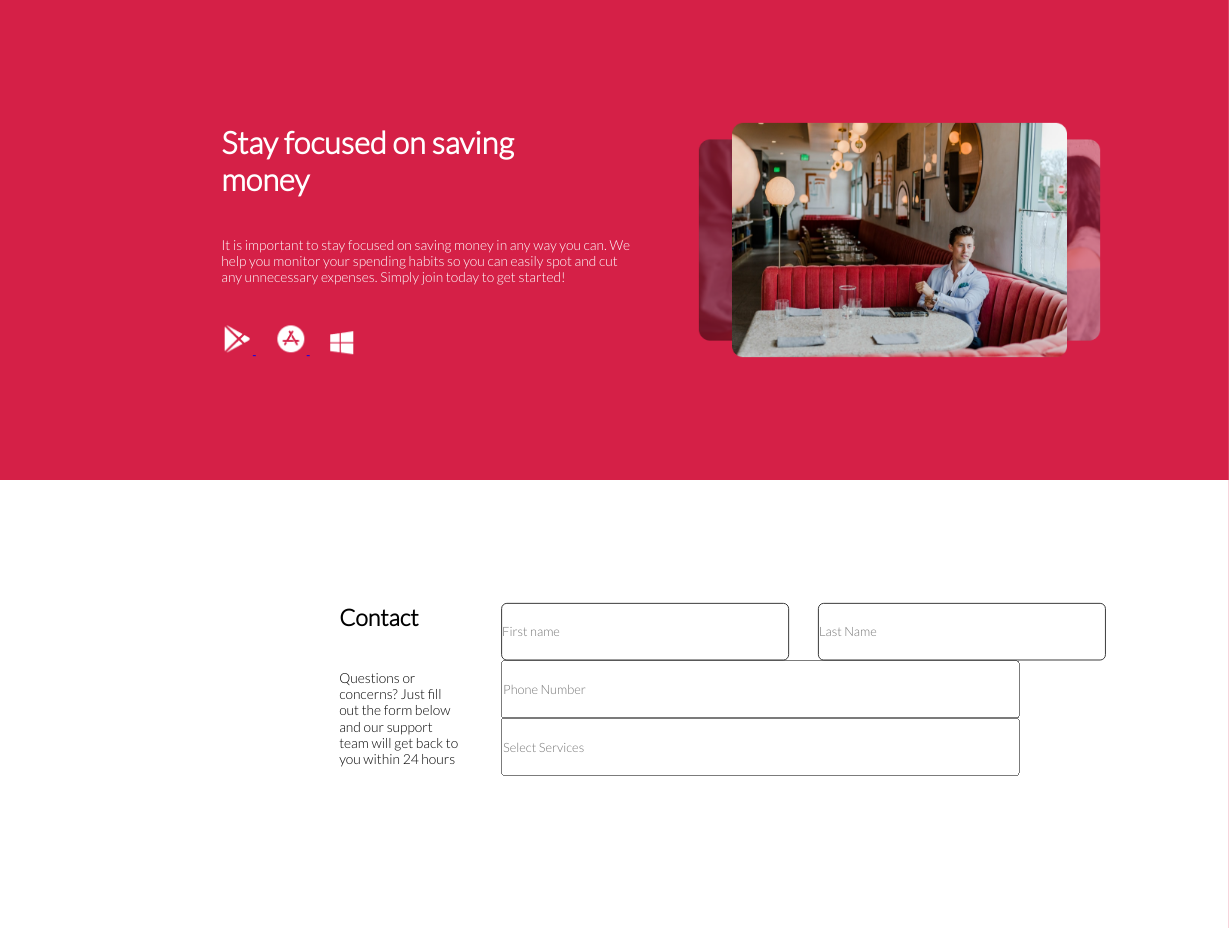
Repository: batonAnton/Cursor_lecture4
Page: index.html
The author's editor kept a copy of each file at every save. The page is drawn from the files as they stood at one save, then again after the next save.
The browser window is 1280 px wide. The pictures show the whole page, at 96% of full size.

Above is the page before, as saved 2022-06-09 14:08:01.

### index.html
<!DOCTYPE html>
<html lang="en">
<head>
    <meta charset="UTF-8">
    <meta http-equiv="X-UA-Compatible" content="IE=edge">
    <meta name="viewport" content="width=device-width, initial-scale=1.0">
    <title>CloudBudget Freebie</title>
    <link rel="preconnect" href="https://fonts.googleapis.com">
    <link rel="preconnect" href="https://fonts.gstatic.com" crossorigin>
    <link href="https://fonts.googleapis.com/css2?family=Lato:wght@300&display=swap" rel="stylesheet">
    <link rel="stylesheet" href="css/style.css">
</head>
<body>
    <header>
        <div class="info-box">
            <h1>Stay focused on saving <br> money</h1>
            <p>It is important to stay focused on saving money in any way you can. We <br> help you monitor your spending habits so you can easily spot and cut <br> any unnecessary expenses. Simply join today to get started!</p>

            <div class="link_source">
                <a href="https://play.google.com/store/games?hl=uk&gl=US">
                    <img src="/image/icon/google_play.png" alt="icon-google">
                </a>
                <a href="https://www.apple.com/ua/app-store/">
                    <img src="/image/icon/apstore.png" alt="icon-apstore">
                </a>
                <a href="https://www.microsoft.com/uk-ua/software-download/windows10">
                    <img src="/image/icon/windows.png" alt="icon-windows">
                </a>
            </div>
        </div>

        <div class="big_img"></div>
    </header>

    <section>
        <div class="info-box">
            <h1>Contact</h1>
            <p>Questions or concerns? Just fill out the form below and our support <br> team will get back to you within 24 hours</p>
        </div>

        <div class="input-fields">
            <form>
                <div>
                    <input type="text" id="fname" placeholder="First name" name="fname">
                    <input type="text" id="lname" placeholder="Last Name" name="lname">
                </div>

                <input type="number" name="" id="number" placeholder="Phone Number">
                <input list="browsers" id="dropdown" placeholder="Select Services" name="service"> <br>
                <datalist id="browsers">
                    <option value="Service1">
                    <option value="Service2">
                    <option value="Service3">
                    <option value="Service4">
                    <option value="Service5">
                </datalist>
              </form>
        </div>
    </section>
</body>
</html>

### css/style.css
* {
  font-family: "Lato", sans-serif;
  margin: 0;
  padding: 0;
  box-sizing: border-box;
}

header {
  width: 100%;
  height: 20%;
  padding: 10%;
  color: #ffffff;
  display: inline-flex;
  background-color: #d52047;
}

.info-box {
  width: 80%;
  margin-left: 10%;
}

.info-box p {
  width: 90%;
  margin: 40px 0;
  font-size: 0.9rem;
}

.link_source a {
  margin-left: -19px;
  padding: 0 20px;
}

.big_img {
  background-image: url("/image/Photo.png");
  width: 70%;
  /* height: 311px; */
  background-repeat: no-repeat;
  background-position: center;
  background-size: contain;
}

/* Section */
section {
  color: #000000;
  display: inline-flex;
  padding: 10%;
}

section .info-box {
  margin-left: 22%;
  width: 80%;
}
form{
  /* display: inline-flex; */
}

#fname, #lname{
    width: 300px;
    height: 60px;
    border: 1px solid #333333;
    border-radius: 6px;
}

#dropdown, #number{
  display: block;
}

.input-fields input {
  width: 540px;
  height: 60px;
}

form div {
  display:inline-flex;
}
form input{
  margin-left: 30px;

}

After the next save:
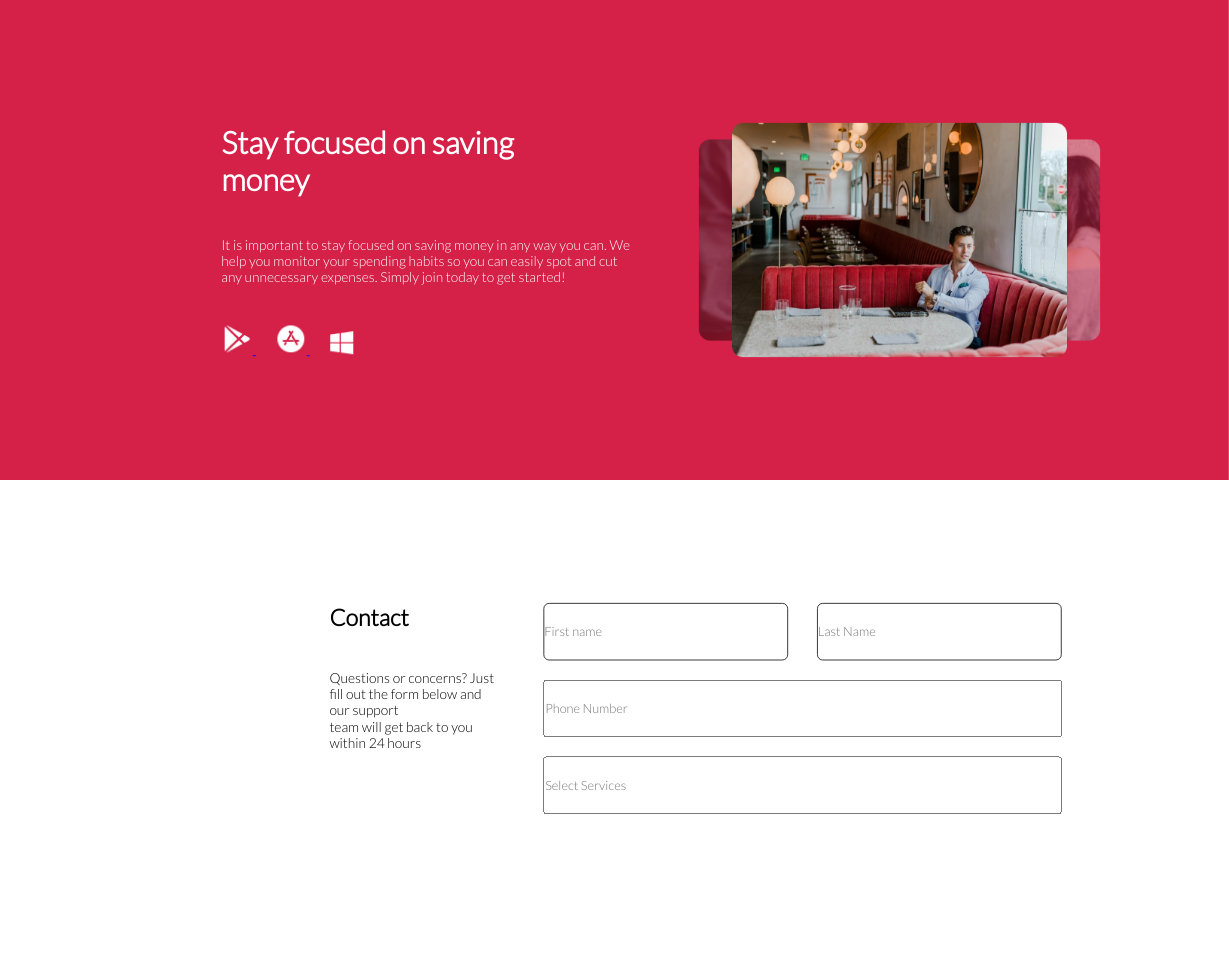
Saved 5 min 37 s later.
--- a/css/style.css
+++ b/css/style.css
@@ -55,7 +55,7 @@ form{
 }
 
 #fname, #lname{
-    width: 300px;
+    width: 255px;
     height: 60px;
     border: 1px solid #333333;
     border-radius: 6px;
@@ -75,5 +75,6 @@ form div {
 }
 form input{
   margin-left: 30px;
-
+  margin-bottom: 20px;
+  /* margin: 0px 0px 30px 10px; */
 }
